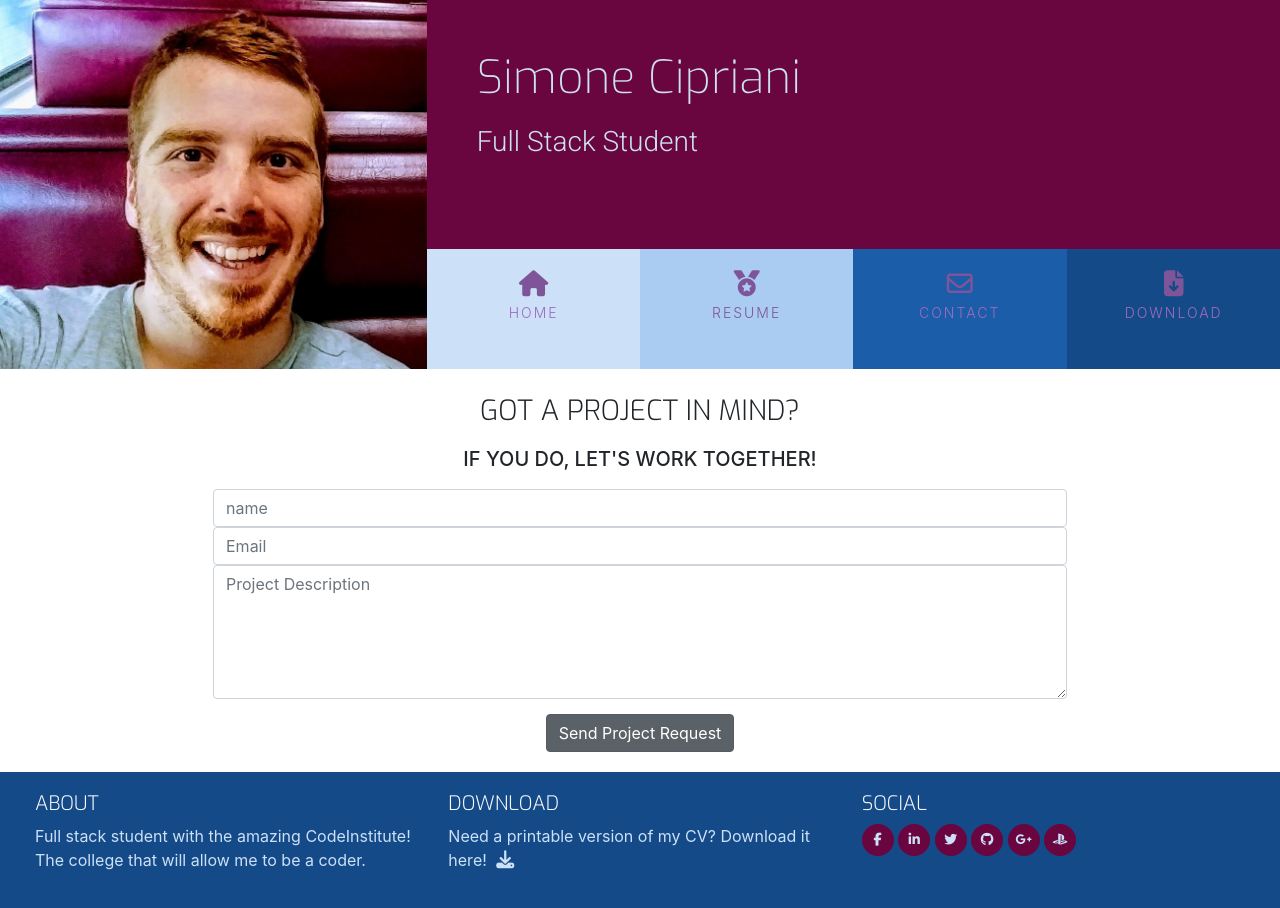
Repository: cipsim/resume
Page: contact.html
The author's editor kept a record of every edit. The page is drawn from the files as they stood at one moment, then again after the next edit.
The browser window is 1280 px wide. The pictures show the whole page.
The pointer rests on the first visible `.btn-secondary`.
Some web libraries are served in a nearby version.

Above is the page before.

### contact.html
<!DOCTYPE html>
<html lang="en">

<head>
    <meta charset="UTF-8">
    <meta name="viewport" content="width=device-width, initial-scale=1.0">
    <meta http-equiv="X-UA-Compatible" content="ie=edge">
    <link rel="stylesheet" href="https://stackpath.bootstrapcdn.com/bootstrap/4.3.1/css/bootstrap.min.css" integrity="sha384-ggOyR0iXCbMQv3Xipma34MD+dH/1fQ784/j6cY/iJTQUOhcWr7x9JvoRxT2MZw1T" crossorigin="anonymous">
    <script src="https://kit.fontawesome.com/0dc9a7af2a.js"></script>
    <link rel="stylesheet" href="https://cdnjs.cloudflare.com/ajax/libs/hover.css/2.3.1/css/hover-min.css" type="text/css" />
    <link rel="stylesheet" href="assets/css/style.css" type="text/css" />
    <title>Simone</title>
</head>
<body>

    <header>
        <div class="row no-gutters">
            <a class="col-md-4 logo" href="index.html"></a>
            <div class="col-md-8">
                <div class="row no-gutters bg-color-name-title">
                    <div class="col heading">
                        <h1 class="name">Simone Cipriani</h1>
                        <h2 class="title">Full Stack Student</h2>
                    </div>
                </div>
                <div class="row no-gutters">
                    <div class="col">
                        <ul id="nav" class="list-inline menucontainer">
                            <li class="col-6 col-sm-3 ui-menu-color-home list-inline-item menuitem">
                                <a href="#" class="hvr-shutter-out-horizontal"><i class="fas fa-home" aria-hidden="true"></i><span>Home</span></a>
                            </li>
                            <li class="col-6 col-sm-3 ui-menu-color-resume list-inline-item menuitem">
                                <a href="#" class="hvr-shutter-out-horizontal"><i class="fas fa-medal" aria-hidden="true"></i><span>Resume</span></a>
                            </li>
                            <li class="col-6 col-sm-3 ui-menu-color-contact list-inline-item menuitem">
                                <a href="#" class="hvr-shutter-out-horizontal"><i class="far fa-envelope" aria-hidden="true"></i><span>Contact</span></a>
                            </li>
                            <li class="col-6 col-sm-3 ui-menu-color-download list-inline-item menuitem">
                                <a href="#" class="hvr-shutter-out-horizontal"><i class="fas fa-file-download" aria-hidden="true"></i><span>Download</span></a>
                            </li>
                        </ul>
                    </div>
                </div>
            </div>
        </div>
    </header>

    <section class="container-fluid">
        <div class="ro bg-color-contact">
            <div class="col">
                <h3 class="contact-heading uppercase text-center">Got a project in mind?</h3>
                <h5 class="uppercase text-center">If you do, let's work together!</h5>

                <div class="center-form">
                    <form>
                        <input type="text" name="Name" id="fullname" class="form-control" placeholder="name" required/>
                        <input type="email" name="Email" id="emailaddress" class="form-control" placeholder="Email" required/>
                        <textarea rows="5" name="projectsummary" id="projectsummary" class="form-control" placeholder="Project Description" required></textarea>
                        <div class="form-row text-center">
                            <div class="col">
                                <button type="submit" class="btn btn-secondary">Send Project Request</button>
                            </div>
                        </div>
                    </form>
                </div>
            </div>
        </div>
    </section>

    <footer class="container-fluid">
        <div id="footer-details" class="row">
            <div class="col-sm-4">
                <h5 class="uppercase general-sub">About</h5>
                <p class="inline-block">Full stack student with the amazing CodeInstitute! The college that will allow me to be a coder.</p>
            </div>
            <div class="col-sm-4">
                <h5 class="uppercase general-sub">Download</h5>
                <p class="inline-block">
                    Need a printable version of my CV? Download it here!
                <a href="#" target="_blank" class="cv-pdf">
                    <i class="fas fa-download" aria-hidden="true"></i>
                    <span class="sr-only">Download link.</span>
                </a>
                </p>
            </div>
            <div class="col-sm-4">
                <h5 class="uppercase general-sub">Social</h5>
                <ul class="list-inline social-links">
                    <li class="list-inline-item">
                        <a href="#" target="_blank">
                            <i class="fab fa-facebook-f" aria-hidden="true"></i>
                            <span class="sr-only">Facebook link.</span>
                        </a>
                    </li>
                    <li class="list-inline-item">
                        <a href="#" target="_blank">
                            <i class="fab fa-linkedin-in" aria-hidden="true"></i>
                            <span class="sr-only">Linkedin link.</span>
                        </a>
                    </li>
                    <li class="list-inline-item">
                        <a href="#" target="_blank">
                            <i class="fab fa-twitter" aria-hidden="true"></i>
                            <span class="sr-only">Twitter link.</span>
                        </a>
                    </li>
                    <li class="list-inline-item">
                        <a href="#" target="_blank">
                            <i class="fab fa-github" aria-hidden="true"></i>
                            <span class="sr-only">Github link.</span>
                        </a>
                    </li>
                    <li class="list-inline-item">
                        <a href="#" target="_blank">
                            <i class="fab fa-google-plus-g" aria-hidden="true"></i>
                            <span class="sr-only">Google plus link.</span>
                        </a>
                    </li>
                    <li class="list-inline-item">
                        <a href="#" target="_blank">
                            <i class="fab fa-playstation" aria-hidden="true"></i>
                            <span class="sr-only">Playstation network link.</span>
                        </a>
                    </li>
                </ul>
            </div>
        </div>

    </footer>

</body>

</html>

### assets/css/style.css
@import url('https://fonts.googleapis.com/css?family=Roboto:100,200,300,400,500,600,700|Exo:100,200,300,400,500,600,700&display=swap');

/*--------------Colors-----------*/

.bg-color-name-title {
    background-color: #69053f;
}

.bg-color-three-reasons {
    background-color:#fff;
}

.ui-menu-color-home {
    background-color: #cce0f7;
}

.ui-menu-color-resume {
    background-color: #aacbf2;
}

.ui-menu-color-contact {
    background-color: #1b5da9;
}

.ui-menu-color-download {
    background-color: #154a88;
}

.bg-color-personal-info{
    background-color: #f4f8fd;
}

.bg-color-work-history {
    background-color: #cce0f7;
}

.bg-color-contact {
    background-color: #fff;
}

/*--------------Heading-----------*/

header {
    margin: 0;
}

.heading {
    margin-left: 50px;
}

.logo {
    background: url(../images/logo.jpg);
    background-position: center;
    background-repeat: no-repeat;
    background-size: cover;
    min-height: 360px;
    transition: all .5s ease-in-out;
    -moz-transition: all .5s ease-in-out;
    -webkit-transition: all .5s ease-in-out;
}

.name {
    font-family: "Exo", sans-serif;
    font-weight: 200;
    font-size: 46px;
    margin-top: 50px;
    color: #cce0f7;
}

.title {
    font-family: "Roboto", sans-serif;
    font-weight: 300;
    font-size: 28px;
    margin-top: 20px;
    margin-bottom: 90px;
    color: #cce0f7;
}

.list-inline-item:not(:last-child) {
    margin: 0;
}

.menucontainer {
    font-size: 0;
}

#nav {
    margin-bottom: 0;
}

#nav li {
    font-size: 14px;
    padding: 0;
}

.menuitem {
    height: 120px;
    text-align: center;
    padding: 0;
}

.menuitem a {
    width: 100%;
    text-decoration: none;
    color: #9e6bc0;
    height: 120px;
}

.menuitem a i {
    padding-top: 22px;
    display: block;
    color: #7E5599;
    font-size: 26px;
}

.ui-menu-color-resume a {
    color: #7E5599;
}

.menuitem span {
    display: block;
    width: 100%;
    padding-top: 5px;
    text-align: center;
    text-transform: uppercase;
    font-size: 14px;
    font-weight: 300;
    letter-spacing: 2px;
}

/*--------------Hover-----------*/

.hvr-shutter-out-horizontal {
    background-color: transparent;
}

.hvr-shutter-out-horizontal:before {
    background-color: rgba(0, 0, 0, 0.3)
}

.menuitem:hover a i {
    color: #cce0f7;
}

/*--------------Special margins/paddings/text-----------*/

h1,
h2,
h3,
h4 {
    margin: 0px;
}

.uppercase {
    text-transform: uppercase;
}

.general-sub {
    font-family: "Exo", sans-serif;
    font-weight: 300;
    color: #fafafa;
}

.inline-block {
    display: inline-block;
}

.row-table {
    display: table;
}

.section-column {
    display: table-cell;
    padding: 0px 30px 30px;
    float: none;
}
.history-heading,
.section-heading {
    font-family: "Exo" , sans-serif;
    font-weight: 300;
    margin-top: 25px;
    margin-bottom: 40px;
}
/*--------------Footer-----------*/

footer {
    background-color: #154a88;
    color: #cce0f7;
    min-height: 120px;
}

#footer-details {
    padding: 20px;
}

.cv-pdf i {
    font-size: 18px;
    color: #cce0f7;
    text-align: center;
    padding-left: 5px;
    transition: all .35s ease-in-out;
    -o-transition: all .35s ease-in-out;
    -moz-transition: all .35s ease-in-out;
    -webkit-transition: all .35s ease-in-out;
}

.cv-pdf i:hover {
    color: #cc7c57;
}

.social-links {
    padding-bottom: 15px;
}

.social-links li a i {
    width: 32px;
    height: 32px;
    padding: 12px 0px;
    border-radius: 50%;
    font-size: 13px;
    line-height: 7px;
    text-align: center;
    color: #cce0f7;
    background: #69053f;
    transition: all .35s ease-in-out;
    -o-transition: all .35s ease-in-out;
    -moz-transition: all .35s ease-in-out;
    -webkit-transition: all .35s ease-in-out;
}

.social-links li a i:hover {
    background: #cc7c57;
    color: #69053f;
}

/*--------------Three reasons-----------*/

.three-reasons-icon {
    font-size: 26px;
    color: #690540;
}

.three-reasons-heading {
    margin-bottom: 15px;
}

/*--------------Personal Info-----------*/

.personal-info-item {
    margin-bottom: 20px;
    display: block;
    clear: both;
}

.personal-info-item .key,
.personal-info-item .value {
    padding-right: 8px;
    display: inline-block;
}

.personal-info-item .key p,
.personal-info-item .value p {
    margin: 0;
}

.personal-info-item .key {
    width: 30%;
    margin-right: 21px;
    padding-top: 2px;
    vertical-align: top;
    }

.personal-info-item .key p {
    font-weight: 700;
}

.personal-info-item .value {
    width: 60%;
    position: relative;
}

/*--------------Skills-----------*/

.progress {
    position: relative;
    height: 25px;
    margin-bottom: 4px;
}

.progress-type {
    position: absolute;
    left: 0px;
    font-weight: 400;
    padding: 3px 30px 2px 10px;
    color: #fafafa;
    background-color: rgba(25, 25, 25, 0.2)
}

.progress-section {
    margin: 40px 20px;
}

/*--------------Work History-----------*/

.history-heading {
    color: #69053f;
    margin-bottom: 50px;
}

.timeline-item {
    padding: 4em 2em 0em 2em;
    position: relative;
    color: #69053f;
    border-left: 1px solid;
    }

.timeline-item p {
    padding: 0;
    margin: 0;
}

.timeline-item:before {
    content: attr(data-dates);
    position: absolute;
    left: 2.5em;
    top: 3em;
    display: block;
    font-family: "Exo" , sans-serif;
    font-weight: 500;
    font-size: 0.8em;
    padding: 0;
    margin: 0;
}

.timeline-item:after {
    width: 12px;
    height: 12px;
    display: block;
    top: 2.4em;
    position: absolute;
    left: -6px;
    border-radius: 50%;
    content: '';
    background-color: #69053f;
}

.history-items {
    margin-bottom: 45px;
}

/*--------------Contact form-----------*/

.contact-heading {
    font-family: "Exo" , sans-serif;
    font-weight: 300;
    margin-top: 25px;
    margin-bottom: 20px;
}

.center-form {
    padding-top: 10px;
    margin: 0 auto;
    max-width: 70%;
}

button[type="submit"] {
    margin-top: 15px;
    margin-bottom: 20px;
    color: #cce0f7;
    background-color: #69053f;
}

.btn-secondary:hover {
    color: #fff;
    background-color: #5a6268;
    border-color: #545b62;\
}

After the next edit:
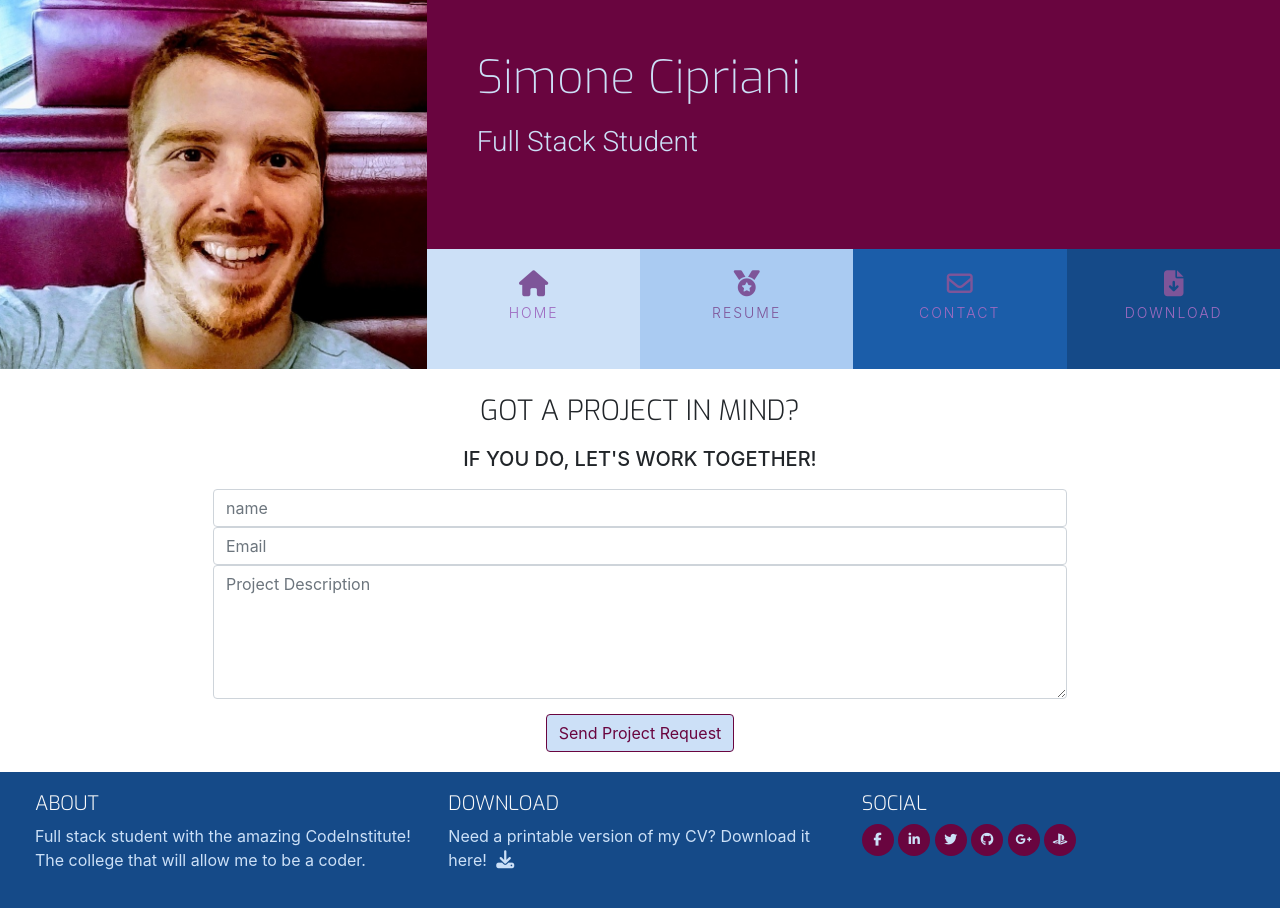
The edit:
--- a/assets/css/style.css
+++ b/assets/css/style.css
@@ -371,7 +371,7 @@
 }
 
 .btn-secondary:hover {
-    color: #fff;
-    background-color: #5a6268;
-    border-color: #545b62;\
-}
+    color: #69053f;
+    background-color: #cce0f7;
+    border-color: #69053f;\
+}
